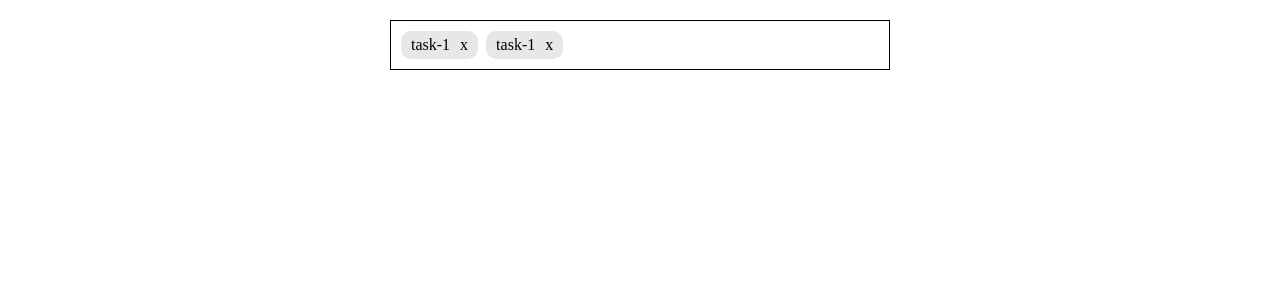
Repository: OkazakiTruong/selectOption
Page: /
The author's editor kept a copy of each file at every save. The page is drawn from the files as they stood at one save, then again after the next save.
The browser window is 1280 px wide. The pictures show the whole page.
The project was rebuilt for these pictures with package versions that can differ from the ones it lists, and the page was loaded fresh each time. Also part of the build but not shown: vite.config.js.

Above is the page before, as saved 2024-01-17 21:08:35.

After the next save:
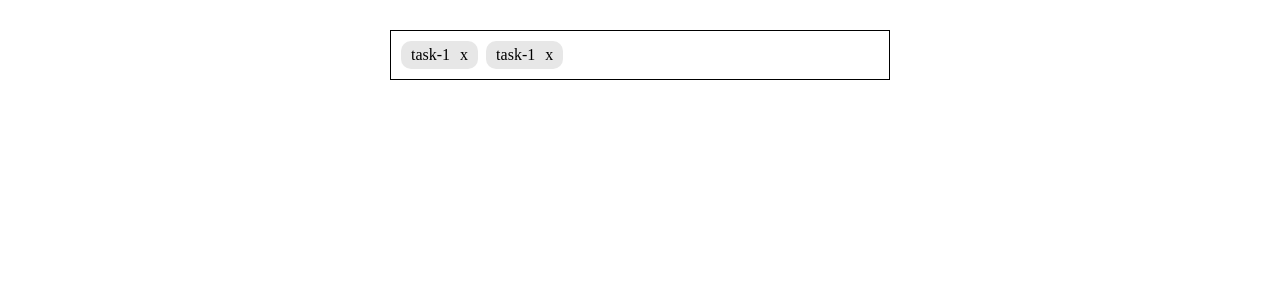
Saved 5 s later.
--- a/src/SelectBox/selectbox.css
+++ b/src/SelectBox/selectbox.css
@@ -1,6 +1,6 @@
 .select-container {
   width: 500px;
-  margin: 20px auto;
+  margin: 30px auto;
 }
 .select-input {
   display: flex;
